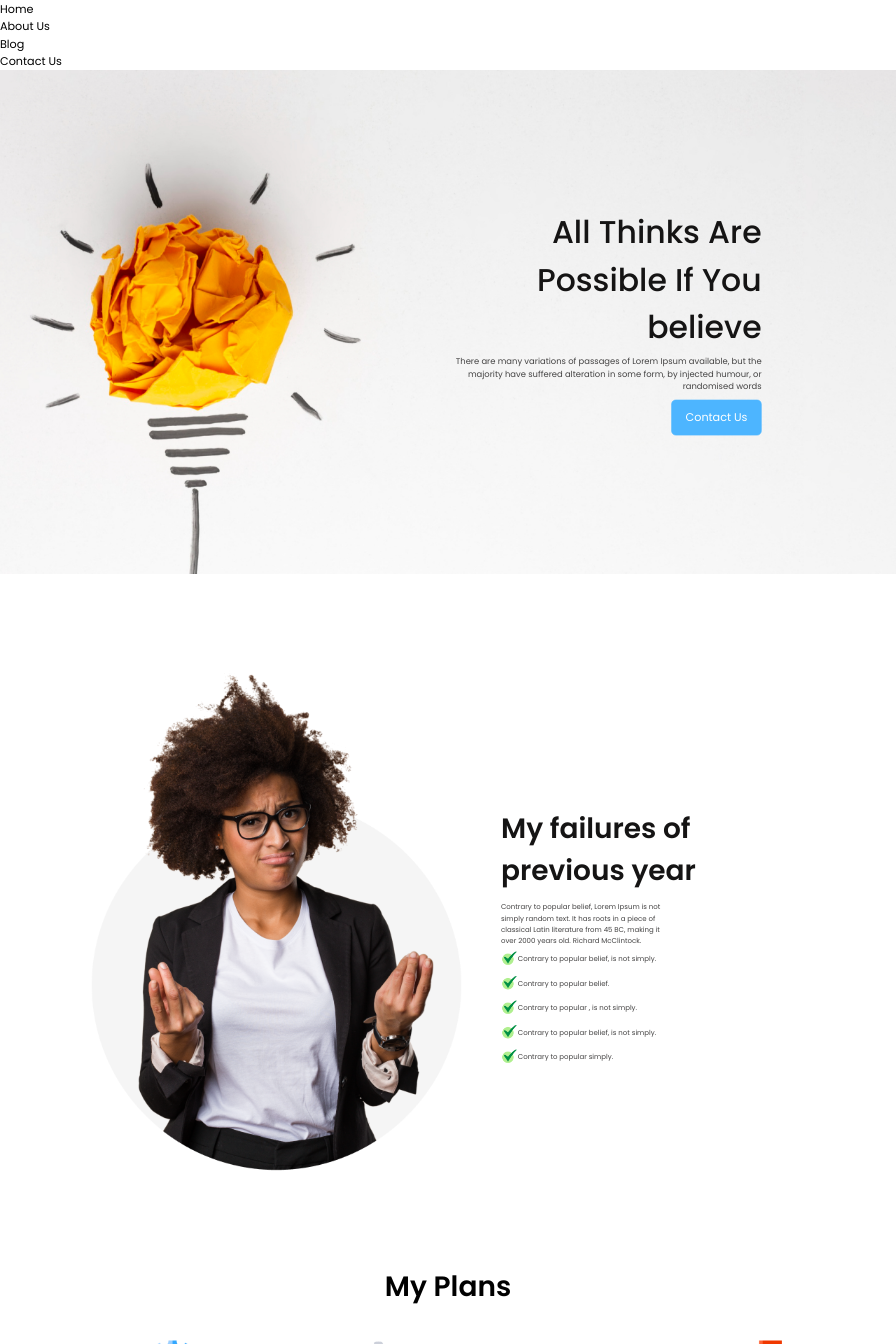
Repository: mdrubel02/new-year-new-mission
Page: index.html
These files come from the project's save history. The page is drawn as it stood at one moment and after the next save; the edit follows.
The browser window is 1280 px wide. The pictures show the part of the page from y = 0 to 1920 px (the page is 3980 px tall before and 4009 px after), at 70% of full size.

Above is the page before, as saved 2023-01-07 02:40:02.

After the next save:
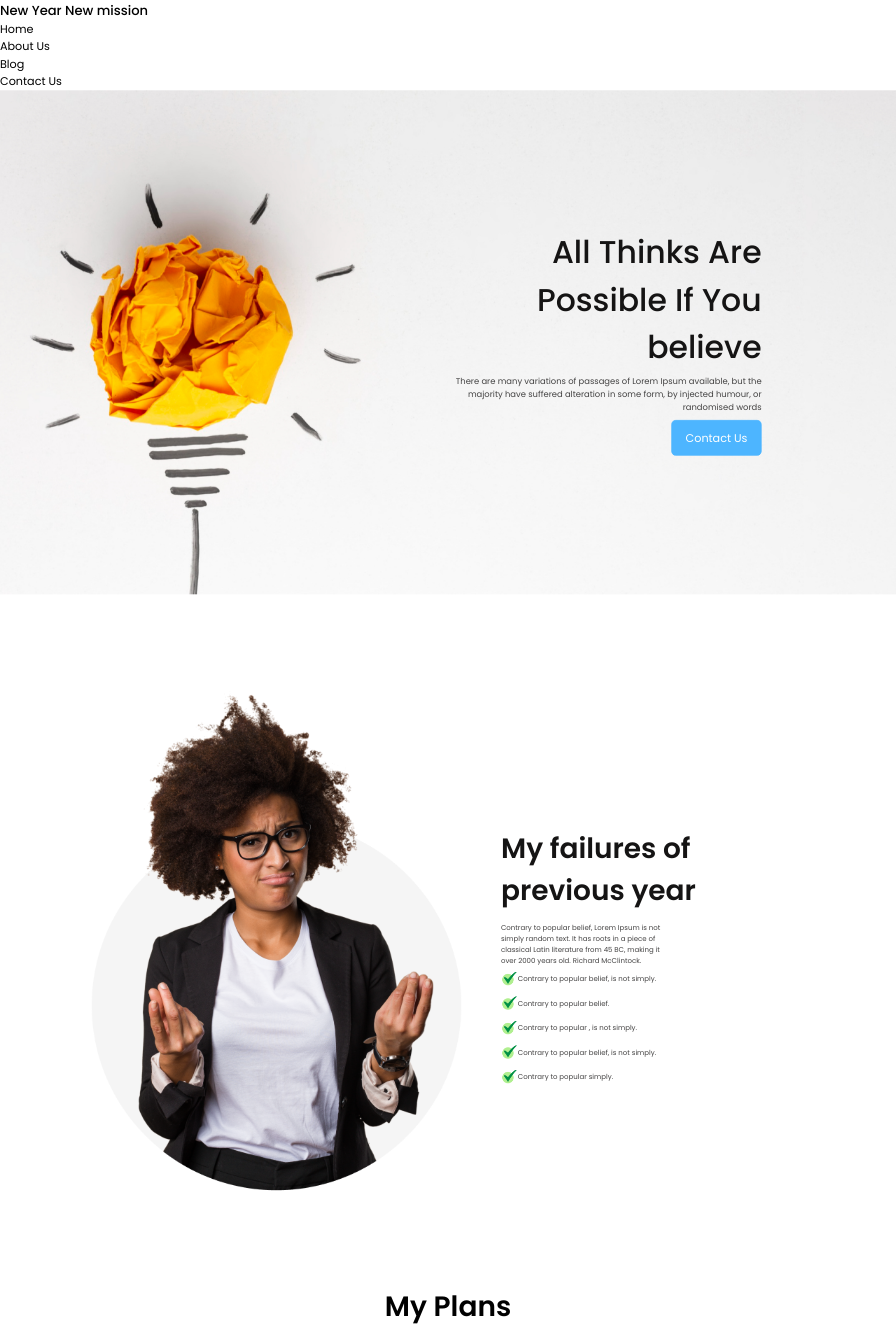
Saved 74 s later.
--- a/index.html
+++ b/index.html
@@ -14,6 +14,9 @@
     <header>
         <!---------------- navbar section----------- -->
         <nav>
+            <div class="bran_name">
+                <h3>New Year New mission</h3>
+            </div>
             <ul>
                 <li><span>Home</span></li>
                 <li><span>About Us</span></li>

After the 2 saves that followed:
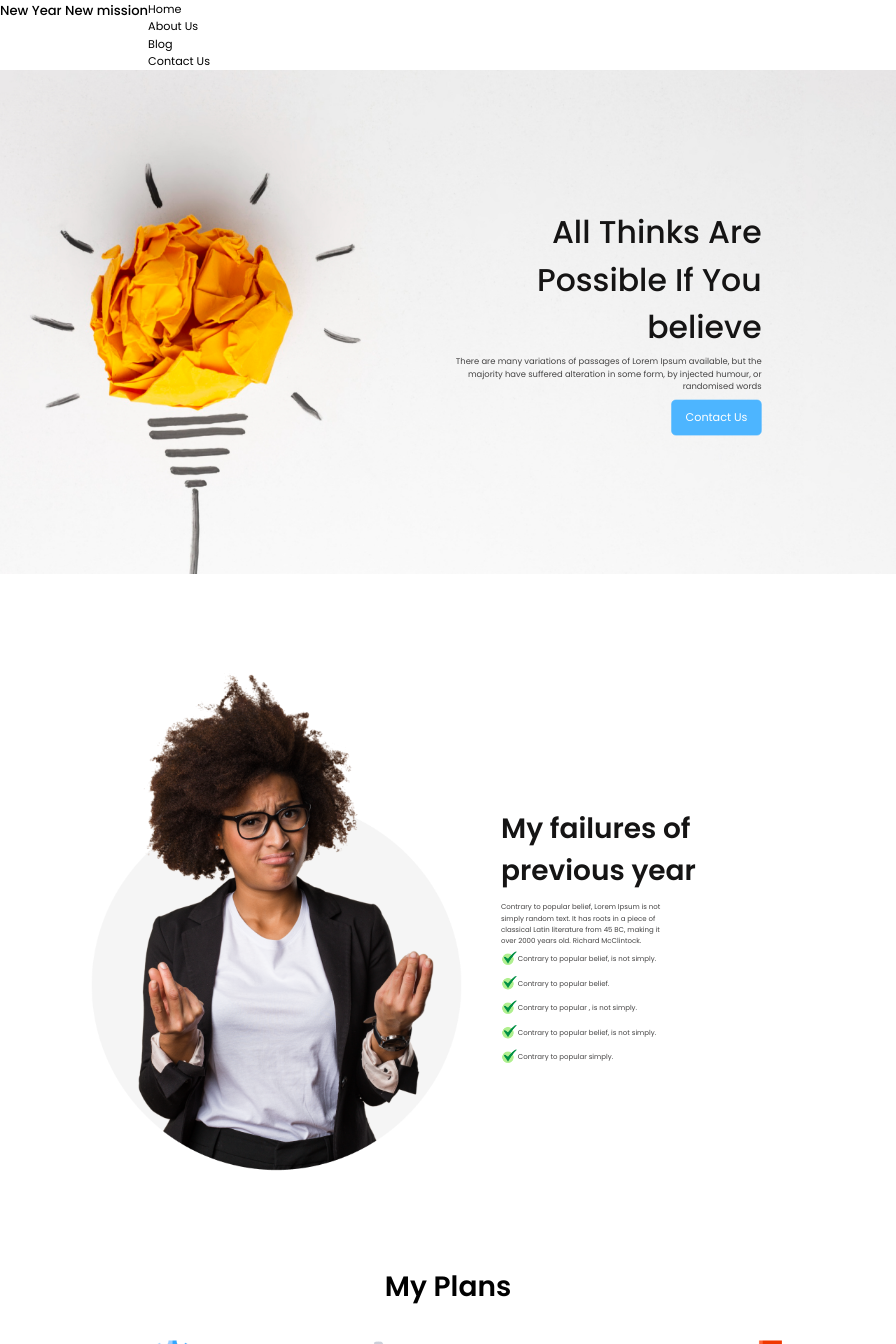
The 2 saves are shown as one change because 1 left the picture as it was.
The last was saved 108 s later.
--- a/index.html
+++ b/index.html
@@ -13,7 +13,7 @@
 <body>
     <header>
         <!---------------- navbar section----------- -->
-        <nav>
+        <nav class="navbar_section">
             <div class="bran_name">
                 <h3>New Year New mission</h3>
             </div>
--- a/index.css
+++ b/index.css
@@ -62,6 +62,12 @@ a:hover {
 .btn-primary {
     background: #4db5ff;
     color: #fff;
+}
+/* =========navbar style=============== */
+.navbar_section{
+    display: flex;
+    justify-content: baseline;
+    align-items: ;
 }
 
 /* ========= Banner section ============== */
